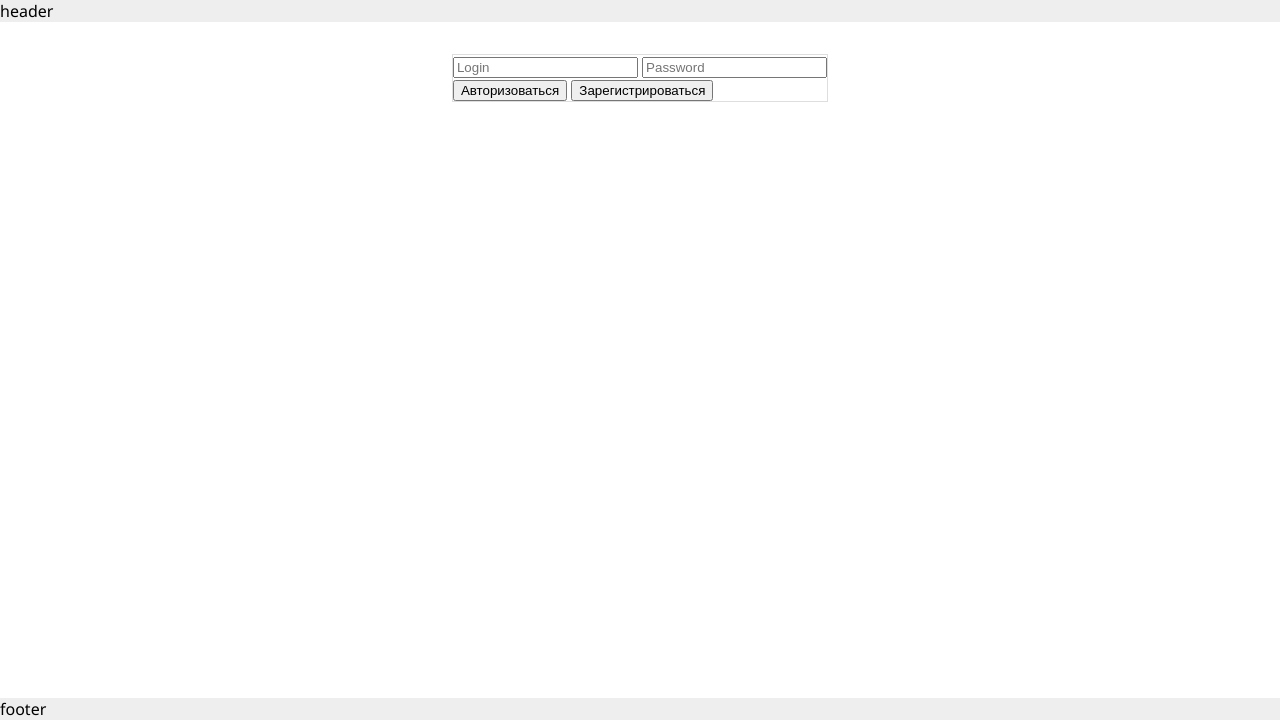
Repository: slep0y/fakeAuth
Page: index.html
An editor plug-in stored every save of this project. The page is shown before and after the next save, followed by the edit.
The browser window is 1280 px wide. The pictures show the whole page.
The style sheet was rebuilt from its Sass, Less or Tailwind sources for each picture, by a compiler version that may differ from the author's.

Above is the page before, as saved 2025-01-19 18:01:10.

After the next save:
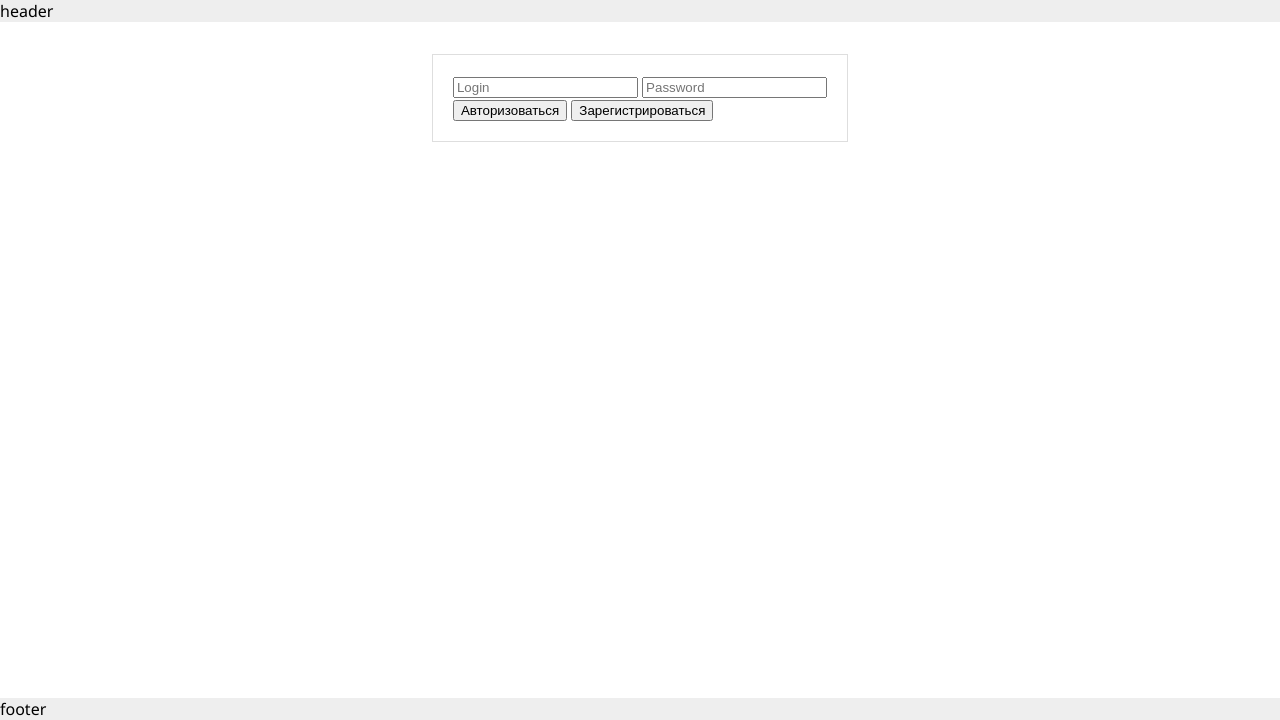
Saved 12 s later.
--- a/styles/blocks/form/_form.scss
+++ b/styles/blocks/form/_form.scss
@@ -2,6 +2,7 @@
     max-width: 640px;
     display: grid;
     border: 1px solid var(--grey_lite);
+    padding: 20px;
     &.hidden{
         display: none;
     }
